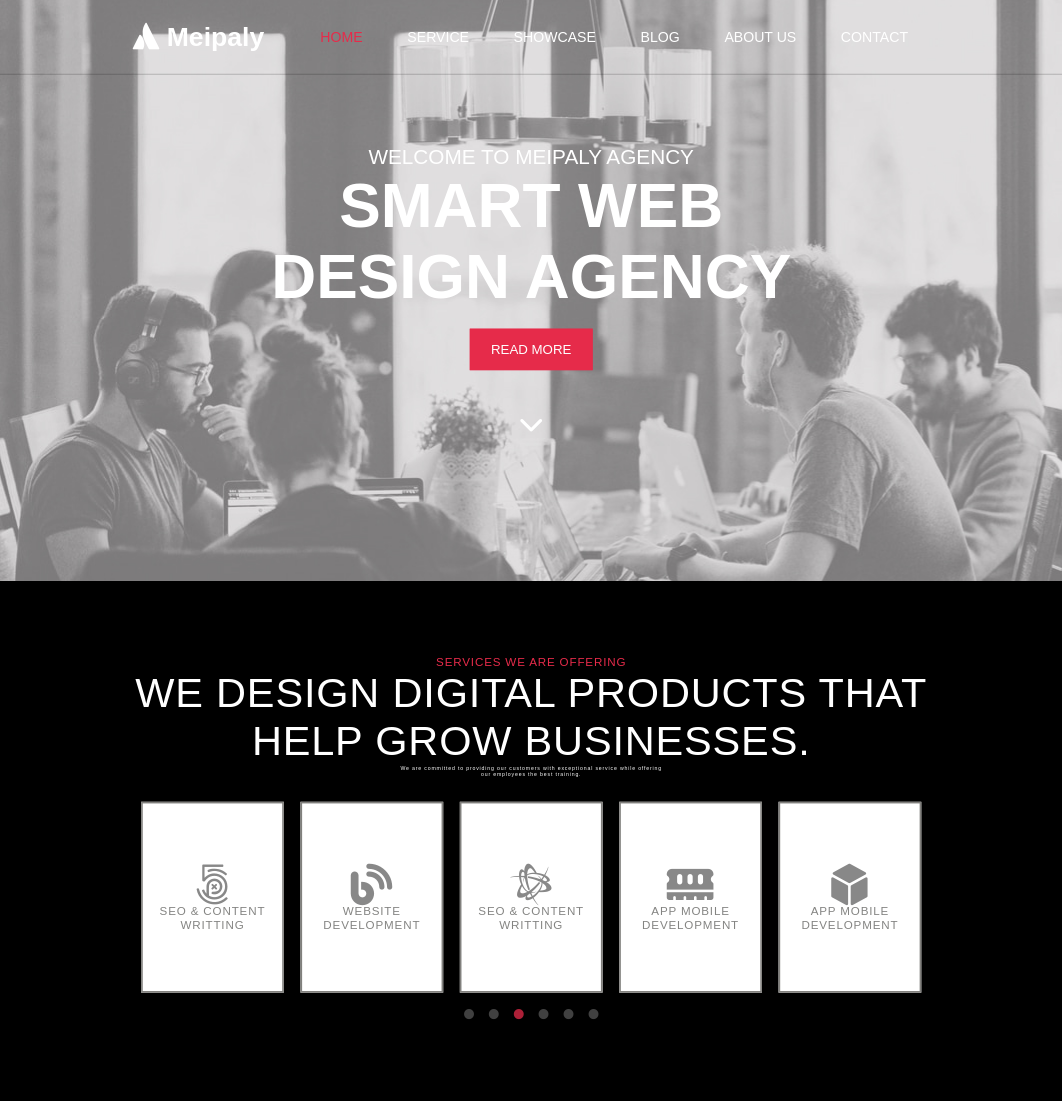
Repository: tudo1611/BC44_HTML5-CSS3_B6_MAIPALY_DO-TRUNG-TU
Page: index.html
The author's editor kept a copy of each file at every save. The page is drawn from the files as they stood at one save, then again after the next save.
The browser window is 1280 px wide. The pictures show the whole page, at 83% of full size.
Some web fonts or font styles are not loaded; a fallback is used.

Above is the page before, as saved 2023-01-26 21:53:34.

After the next save:
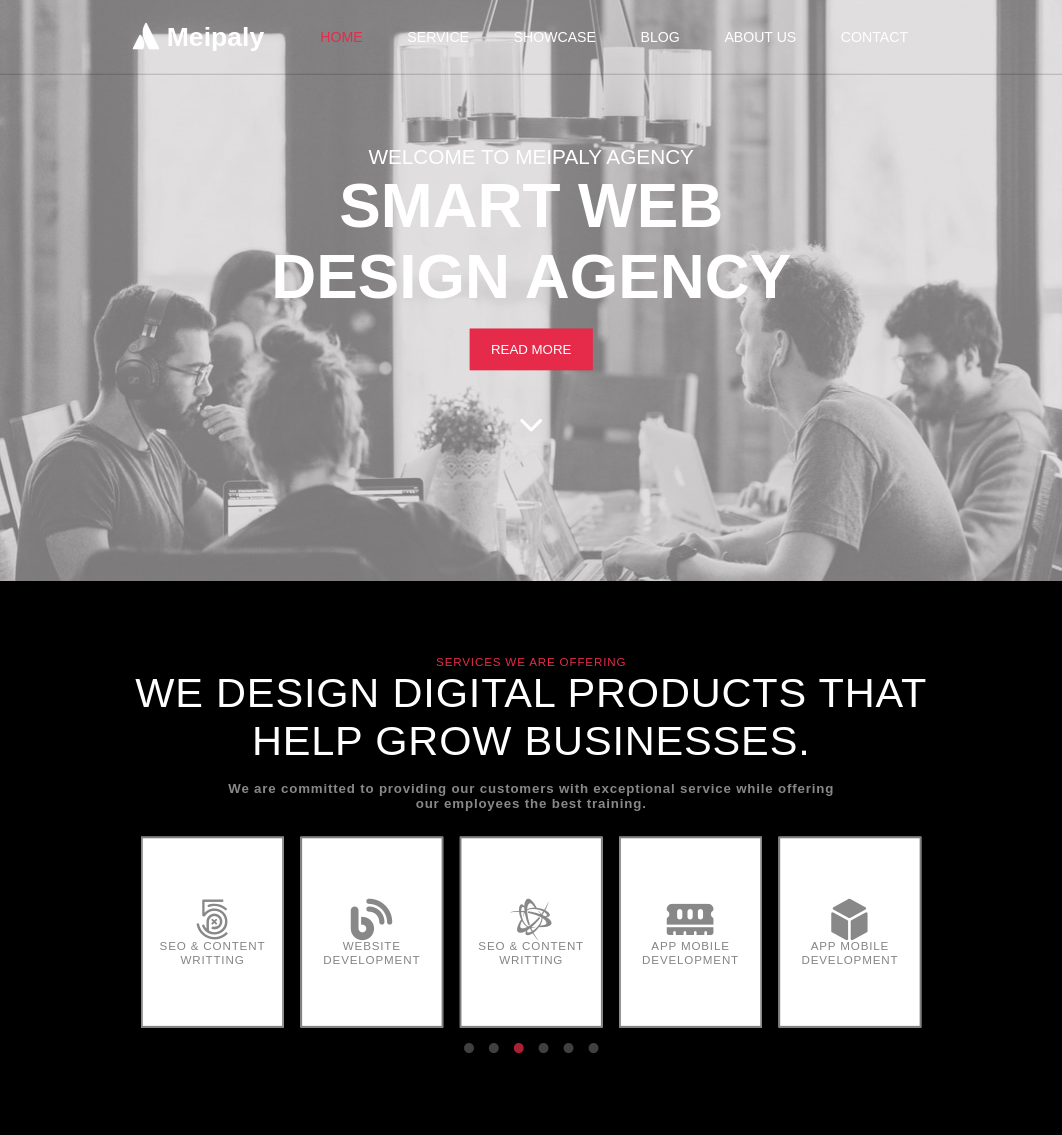
Saved 4 s later.
--- a/css/style.css
+++ b/css/style.css
@@ -108,7 +108,7 @@ header {
   color: #fff;
   font-weight: 400;
 }
-.service__title p:last-of-type {
+.service .title p:last-of-type {
   font-size: 1.6rem;
   color: #888888;
   font-weight: 700;
